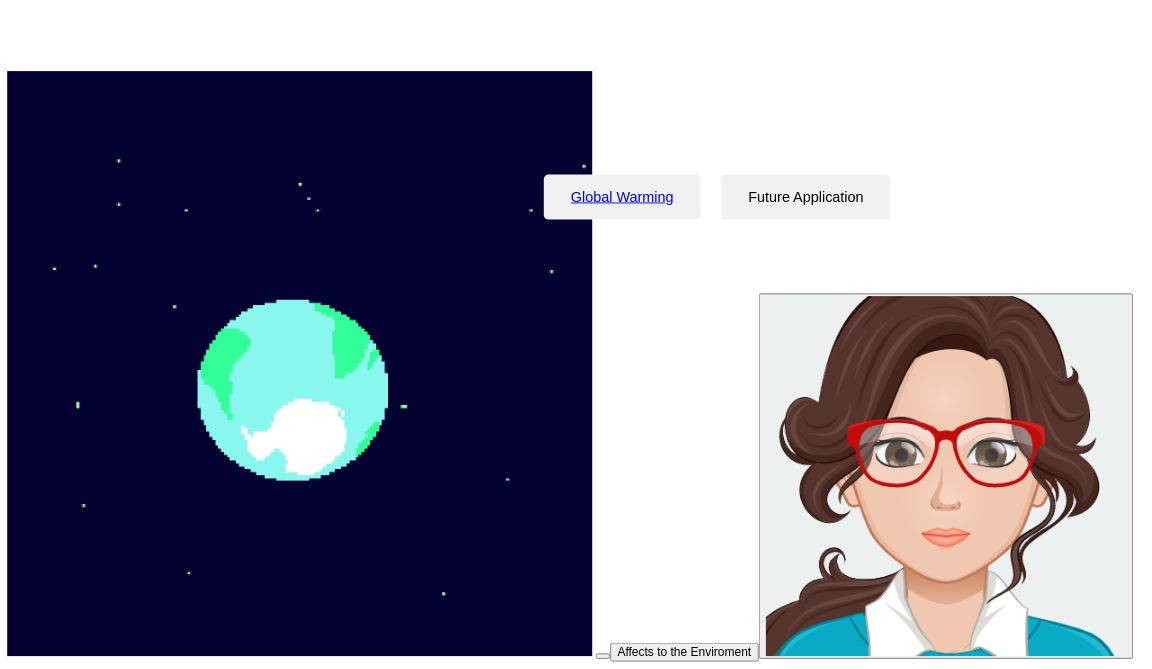
Repository: Alejandra-Pelayo/Alejandra-Pelayo.github.io
Page: 2.1.4/Example.html
The author's editor kept a record of every edit. The page is drawn from the files as they stood at one moment, then again after the next edit.
The browser window is 1280 px wide. The pictures show the whole page, at 90% of full size.

Above is the page before.

After the next edit:
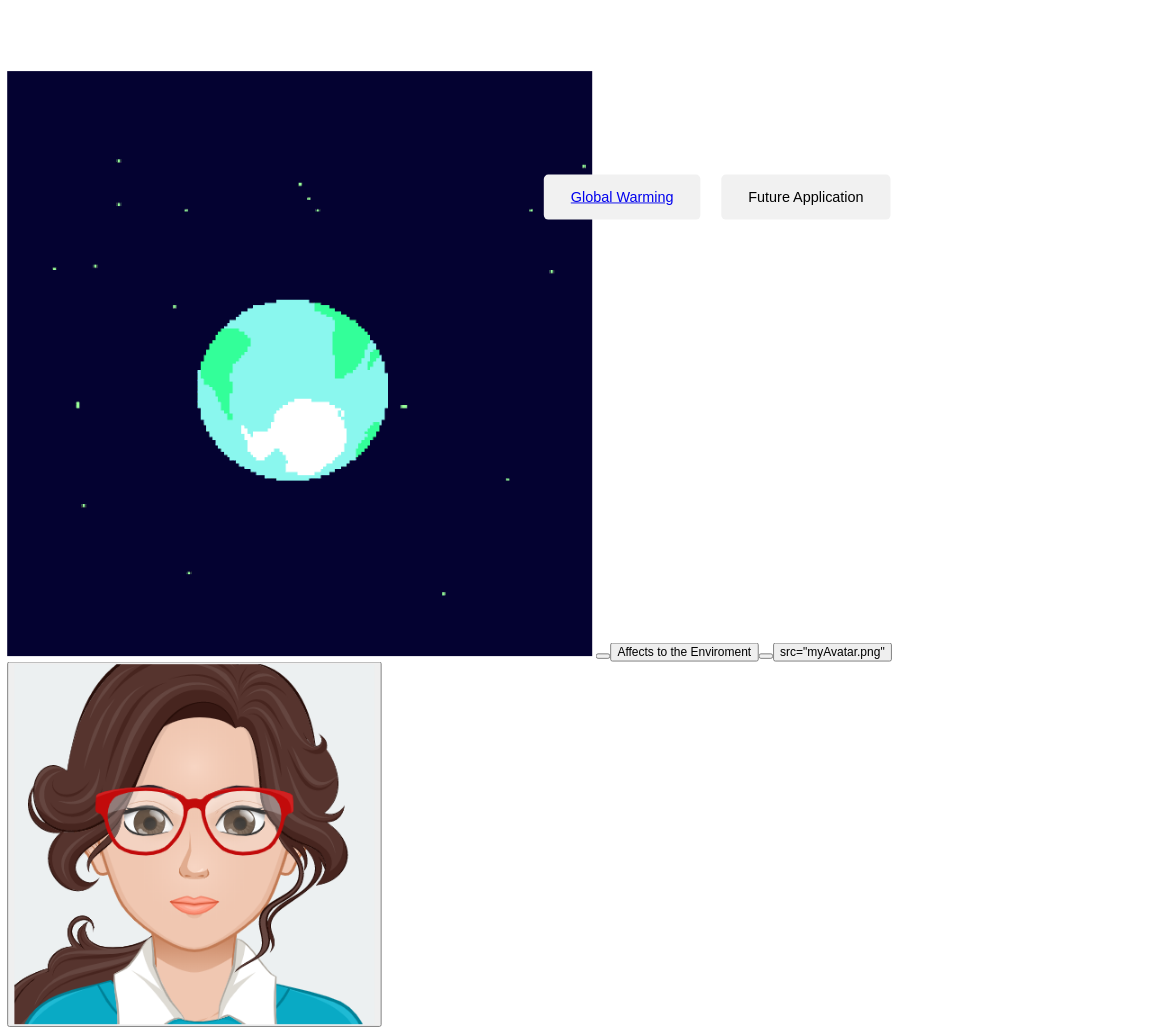
The edit:
--- a/2.1.4/Example.html
+++ b/2.1.4/Example.html
@@ -17,4 +17,8 @@
       <button class ="btn3"> Affects to the Enviroment <Button/button>
 
 <button4>
+   <button class ="btn4"> src="myAvatar.png" <Button/button>
+
+
+
   <img src="myAvatar.png" alt="Avatar" class="btn4">
